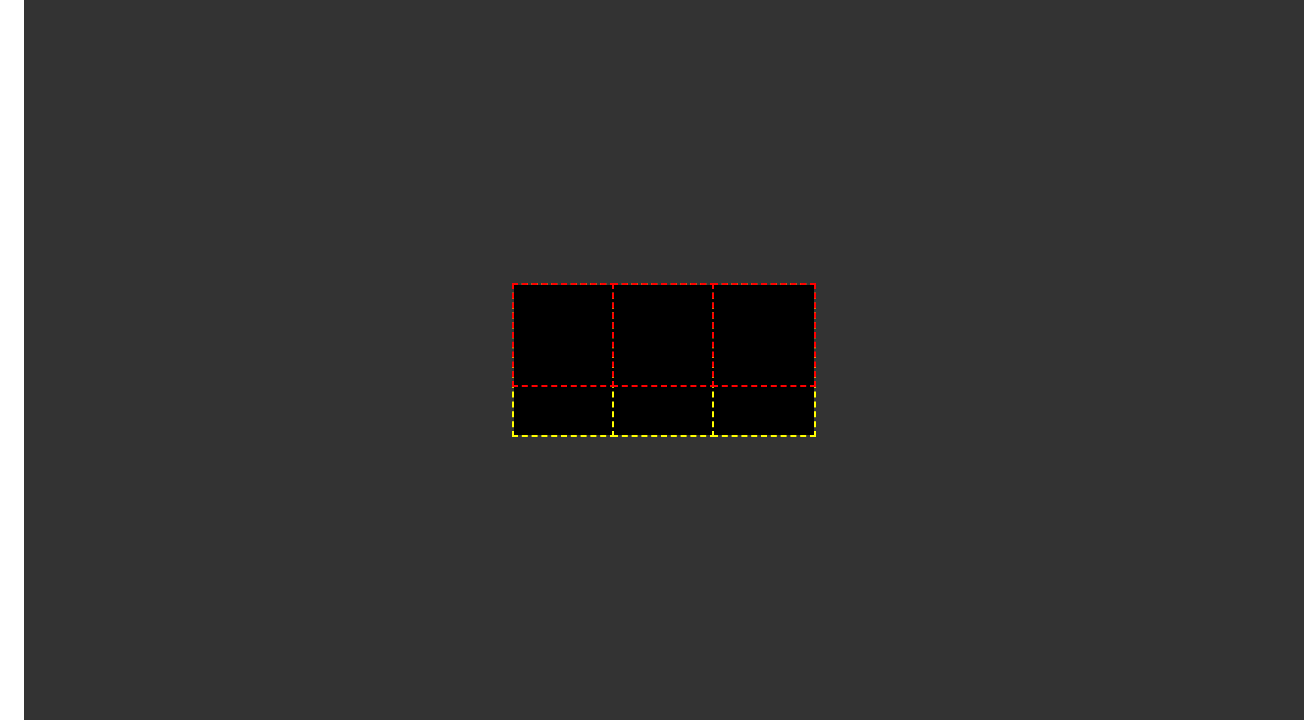
Repository: YEOMJINSEOP/CSSLab
Page: / (app in csslab/)
These files come from the project's save history. The page is drawn as it stood at one moment and after the next save; the edit follows.
The browser window is 1280 px wide. The page is 1304 px wide, so the pictures cover 1304 px, including what lies to the right of the window. The pictures show the whole page.
The project was rebuilt for these pictures with package versions that can differ from the ones it lists, and the page was loaded fresh each time. Also part of the build but not shown: csslab/src/components/Basic3d.jsx.

Above is the page before, as saved 2023-05-17 23:30:39.

After the next save:
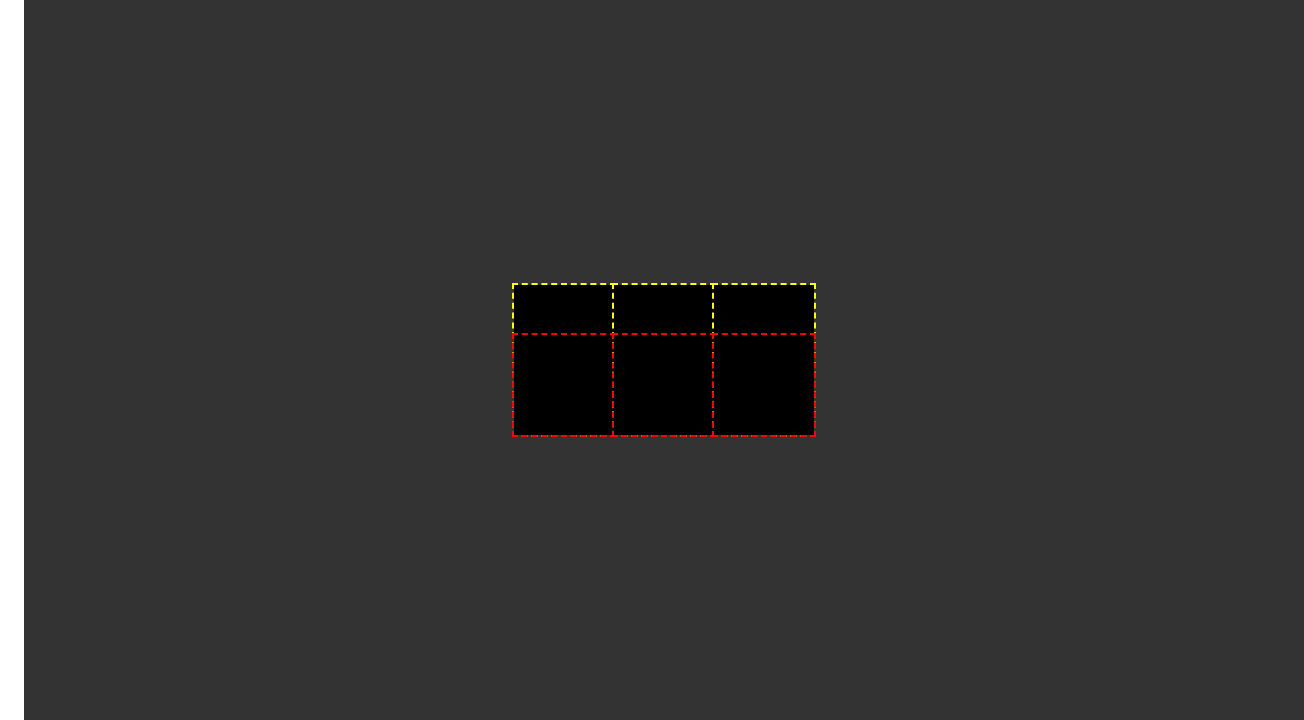
Saved 45 s later.
--- a/csslab/src/components/ThreeDoors.module.css
+++ b/csslab/src/components/ThreeDoors.module.css
@@ -24,6 +24,9 @@
 }
 
 .ilbuni {
+  position: absolute;
+  left: 0;
+  bottom: 0;
   width: 100px;
   height: 100px;
   background-repeat: no-repeat;
